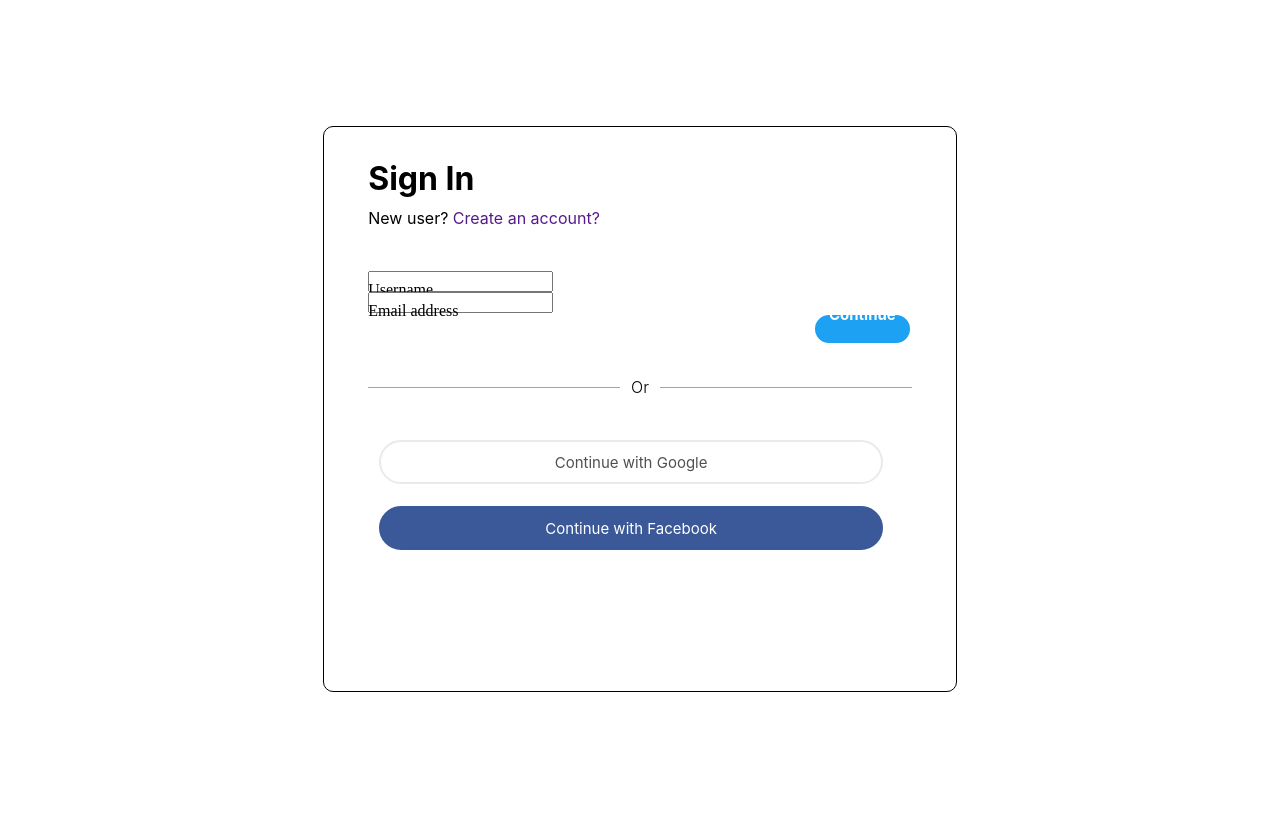
Repository: thangluu93/WereWolf
Page: Template/signIn.html
These files come from the project's save history. The page is drawn as it stood at one moment and after the next save; the edit follows.
The browser window is 1280 px wide. The pictures show the whole page.

Above is the page before, as saved 2020-01-13 15:50:20.

### Template/signIn.html
<html>

<head>

    <link rel="stylesheet" href="../Stylesheet/signInStyle.css">
</head>

<body id="body1">
    <div class="container" id="container1">
        <div class="containerBody" id="containerBody1">
            <div class="border" id="border1">
                <div class="content" id="content1">
                    <div class="contentHeader">
                        <h1 class="Heading">Sign In</h1>
                        <p class="subHead">New user? <a href="">Create an account?</a></p>
                    </div>
                    <div class="fieldLayout">
                        <div class="fieldContainer" >
                            <div class="inputBox" >
                                <label>Username</label>
                                <input type="email" class="field">
                            </div>
                            <div class="inputBox" >
                                <label> Email address </label>
                                <input type="email" class="field">
                            </div>
                        </div>
                        <div class="emailContinue">
                            <button class="emailContinueBtn ">
                                <span>Continue</span>
                            </button>
                        </div>
                    </div>
                    <div class="contentFooter">
                        <strong class="line">Or</strong>
                        <div class="socialSignIn" id="socialSignIn1">
                            <a href="" class="googleSignIn">
                                <!-- <svg viewBox="0 0 1152 1152" focusable="false" aria-hidden="true" role="img"
                                class="googleIconSvg">
                                <path
                                    d="M1055.994 594.42a559.973 559.973 0 0 0-8.86-99.684h-458.99V683.25h262.28c-11.298 60.918-45.633 112.532-97.248 147.089v122.279h157.501c92.152-84.842 145.317-209.78 145.317-358.198z"
                                    fill="#4285f4"></path>
                                <path
                                    d="M588.144 1070.688c131.583 0 241.9-43.64 322.533-118.07l-157.5-122.28c-43.64 29.241-99.463 46.52-165.033 46.52-126.931 0-234.368-85.728-272.691-200.919H152.636v126.267c80.19 159.273 245 268.482 435.508 268.482z"
                                    fill="#34a853"></path>
                                <path
                                    d="M315.453 675.94a288.113 288.113 0 0 1 0-185.191V364.482H152.636a487.96 487.96 0 0 0 0 437.724z"
                                    fill="#fbbc05"></path>
                                <path
                                    d="M588.144 289.83c71.551 0 135.792 24.589 186.298 72.88l139.78-139.779C829.821 144.291 719.504 96 588.143 96c-190.507 0-355.318 109.21-435.508 268.482L315.453 490.75c38.323-115.19 145.76-200.919 272.691-200.919z"
                                    fill="#ea4335"></path>
                            </svg> -->
                                <span>Continue with Google</span>
                            </a>
                            <a href="" class="facebookSignIn">
                                <!-- <svg viewBox="0 0 1152 1152" class="facebookIconSvg" aria-hidden="true" data-prefix="fab" data-icon="facebook-f"
                                role="img" xmlns="http://www.w3.org/2000/svg" viewBox="0 0 264 512" data-fa-i2svg="">
                                <path fill="currentColor"
                                    d="M76.7 512V283H0v-91h76.7v-71.7C76.7 42.4 124.3 0 193.8 0c33.3 0 61.9 2.5 70.2 3.6V85h-48.2c-37.8 0-45.1 18-45.1 44.3V192H256l-11.7 91h-73.6v229">
                                </path>
                            </svg> -->
                                <span>Continue with Facebook</span>

                            </a>

                        </div>
                    </div>
                </div>

            </div>
        </div>
    </div>
</body>

</html>

### Stylesheet/signInStyle.css
.containerBody{
    margin: 0;
    padding: 0;
    width: 100%;
}

#containerBody1{
  width: 100%;

}

#content1{

    display: flex;
    flex-direction: column;


}

.content{
    height: 90%;
    padding: 5% 7% 7% 7%;
}

.border{
    width: 50%;
    height: 80%;
}

#border1{
    border: 1px solid black;
    border-radius: 10px;   ;

    margin: 10% auto;
    justify-content: center;
    align-items: center;

}

.socialSignIn a{
    margin: 2%;
    width: 92%;
    height: 2.5rem;
    display: flex;
    align-items: center;
    justify-content: center;
    font-size: 15px;
}

.socialSignIn{
    margin-top: 2rem;
}

#socialSignIn1{
    display: flex;
    flex-direction: column;
}

.googleSignIn,.facebookSignIn,.twitterSignIn{
    border: 2px;
    border-style: solid;
    border-radius: 100px;
}

.subHead{
    margin: 10px 0 0 0;
}

.heading{
    margin: 0;
}

p {
    font-family: adobe-clean,"Source Sans Pro",-apple-system,BlinkMacSystemFont,"Segoe UI",Roboto,sans-serif;
}

h1{
    font-family: adobe-clean,"Source Sans Pro",-apple-system,BlinkMacSystemFont,"Segoe UI",Roboto,sans-serif;
    font-size: 32px;
}

span{
    font-family: adobe-clean,"Source Sans Pro",-apple-system,BlinkMacSystemFont,"Segoe UI",Roboto,sans-serif;
}

a{
    text-decoration: none;
}




.emailContinueBtn{
    display: flex;
    box-shadow: none;
    background-color: #1da1f2;
    color: white;
    border: none;
    outline: none;
    border-width: 2px;
    border-style: solid;
    border-radius: 16px;
    height: 32px;
    min-width: 72px;
    padding: 0 14px 0;
    font-size: 15px;
    font-weight: 700;
    line-height: 0;
    justify-content: center;
}

.emailContinue{
    display: flex;
    align-items: flex-end;
    flex-direction: column;
}

.googleSignIn{
    border-color: #eaeaea;
    color: #505050;
}

.facebookSignIn{
    border-color:#3b5998;
    background-color: #3b5998;
    color: white;
}

.twitterSignIn{
    color: white;
    border-color: #1da1f2;
    background-color: #1da1f2;
}

.line {
    display: flex;
    z-index: 1;
    position: relative;
    width: 100%;
    color: black;
    justify-content: center;
    font-weight: 300;
    font-family: adobe-clean,"Source Sans Pro",-apple-system,BlinkMacSystemFont,"Segoe UI",Roboto,sans-serif
}

.line:before {
    width: 40px;
    height: 10px;
    background-color: white;
    margin-top: -5px;
    margin-left: -20px;
    margin-right: 0px;
    margin-bottom: 0px;
    position: absolute;
    left: 50%;
    top: 50%;
    z-index: -1;
    content: '';
}

.line:after {
    border-bottom: 1px solid #a4a5ac;
    display: block;
    position: absolute;
    top: 49%;
    width: 100%;
    z-index: -2;
    content: '';
}

.fieldLayout{
    margin: 8% 0 2rem 0 ;
}

.inputBox{
    position: relative;
}



.inputBox label{
    position: absolute;
    top: 0;
    left: 0;
    padding: 10px 0;
    font-size: 16px;
    color: black;
    pointer-events: none;
    transition: .5s;
}

.box {
    position: absolute;
    top: 50%;
    left: 50%;
    transform: translate(-50%, -50%);
    width: 400px;
    padding: 40px;
    background: rgba(0,0,0,.8);
    box-sizing: border-box;
    box-shadow: 0 15px 25px rgba(0,0,0,.5);
    border-radius: 10px;
}


.box .inputBox {
    position: relative;
}

.box .inputBox input {
    width: 100%;
    padding: 10px 0;
    font-size: 16px;
    color: black;
    margin-bottom: 30px;
    border: none;
    border-bottom: 1px solid black;
    outline: none;
    background: transparent;
}

.box .inputBox label {
    position: absolute;
    top: 0;
    left: 0;
    padding: 10px 0;
    font-size: 16px;
    color: #fff;
    pointer-events: none;
    transition: .5s;
}

.box .inputBox input:focus ~ label,
.box .inputBox input:valid ~ label {
    top: -20px;
    left: 0;
    color: #03a9f4;
    font-size: 12px;
}

After the next save:
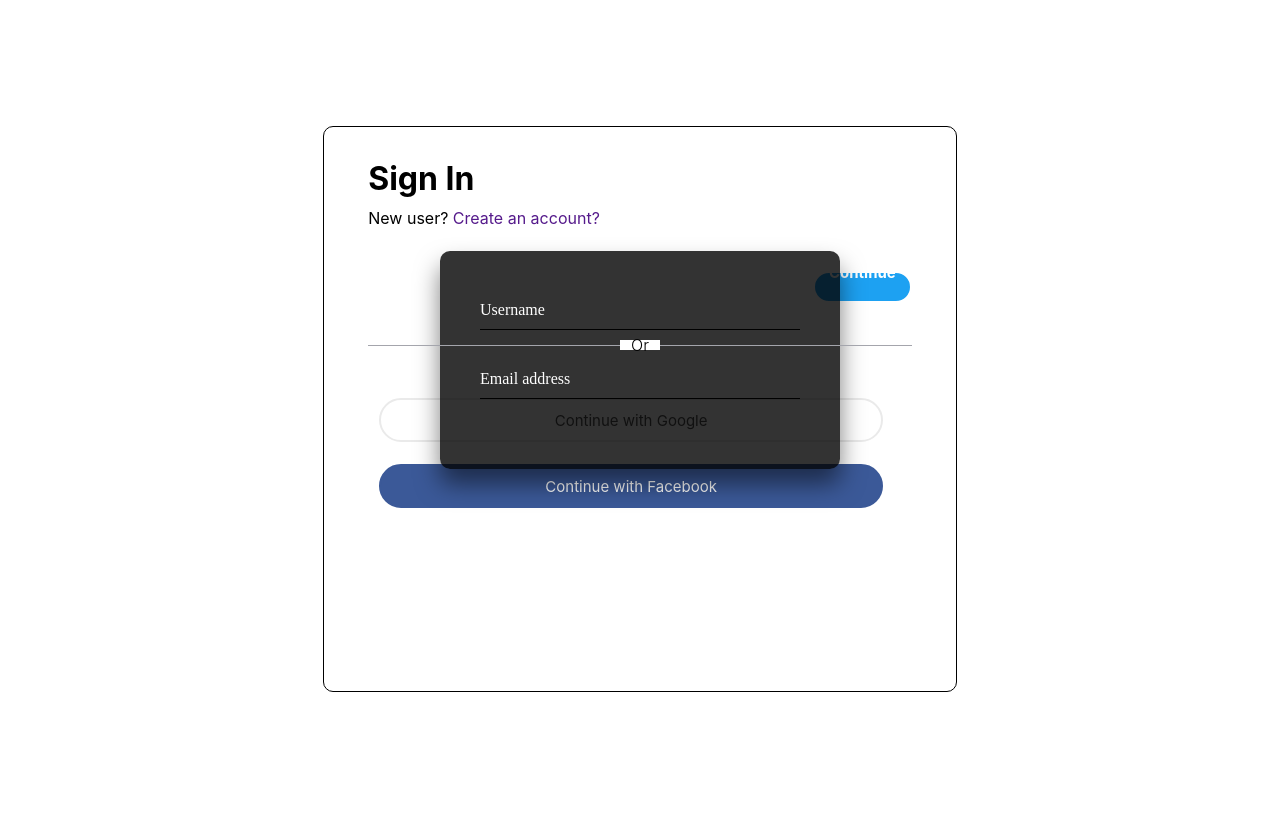
Saved 46 s later.
--- a/Template/signIn.html
+++ b/Template/signIn.html
@@ -15,7 +15,7 @@
                         <p class="subHead">New user? <a href="">Create an account?</a></p>
                     </div>
                     <div class="fieldLayout">
-                        <div class="fieldContainer" >
+                        <div class="box" >
                             <div class="inputBox" >
                                 <label>Username</label>
                                 <input type="email" class="field">
